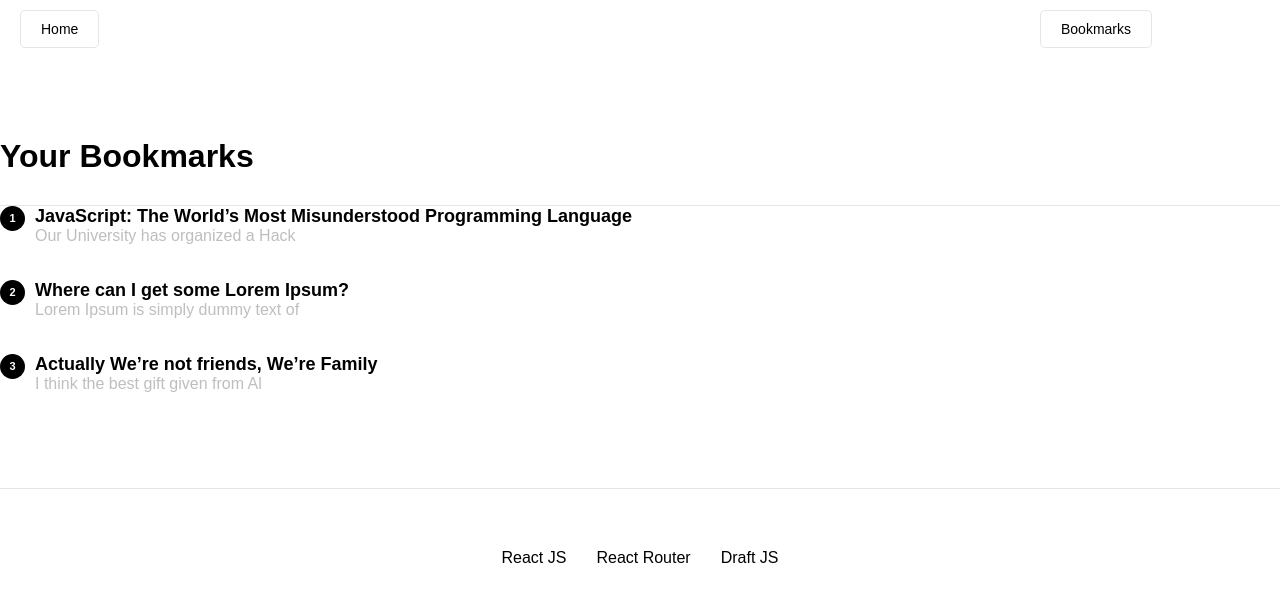
Repository: DevLaukey/task
Page: /react-mini-blog/bookmark
An editor plug-in stored every save of this project. The page is shown before and after the next save, followed by the edit.
The browser window is 1280 px wide. The pictures show the whole page.
The project was rebuilt for these pictures with package versions that can differ from the ones it lists, and the page was loaded fresh each time. Also part of the build but not shown: src/data.js, src/Components/content/content.css, src/Components/content/Post.js, src/Components/content/Posts.js, src/Components/content/Content.js, src/Components/RichText/StyleButton.js, src/Components/RichText/BlockStyleControls.js, src/Components/RichText/InlineStyleControls.js and 4 more.

Above is the page before, as saved 2022-06-13 13:33:08.

After the next save:
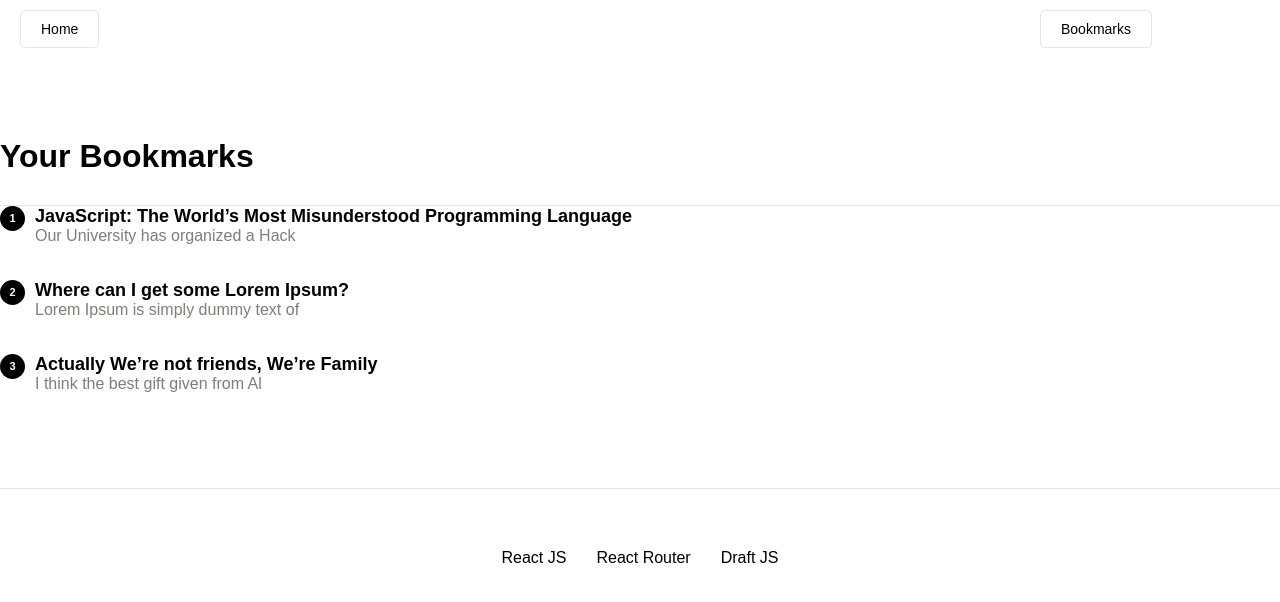
Saved 7 s later.
--- a/src/App.css
+++ b/src/App.css
@@ -49,7 +49,7 @@ a.btn {
 
 .bookmark p {
   font-size: 16px;
-  color: rgba(175, 174, 174, 0.8);
+  color: rgba(99, 90, 90, 0.8);
   margin: 0;
 }
 
